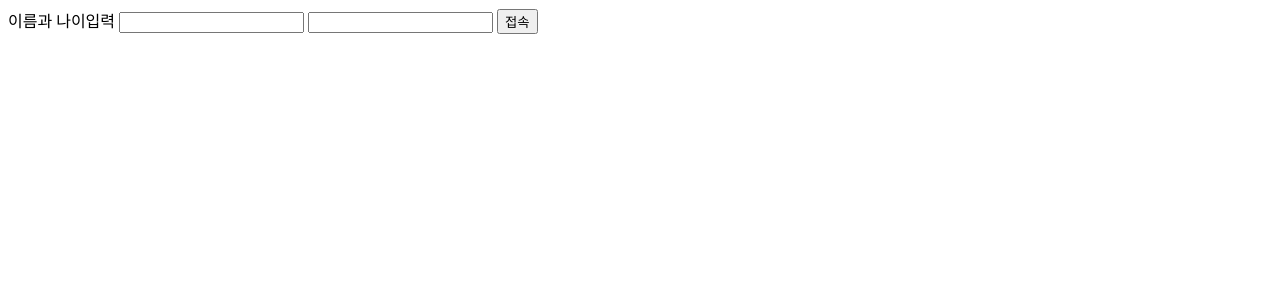
Repository: jijibaebaeeee/jsp-study
Page: http://localhost/day02_task/
An editor plug-in stored every save of this project. The page is shown before and after a run of saves, followed by the edit.
The browser window is 1280 px wide. The pictures show the whole page.
The page is served by Tomcat 9. Nobody is signed in. The application's start-up code is not run.

Above is the page before, as saved 2025-01-13 08:24:32.

After the next 2 saves:
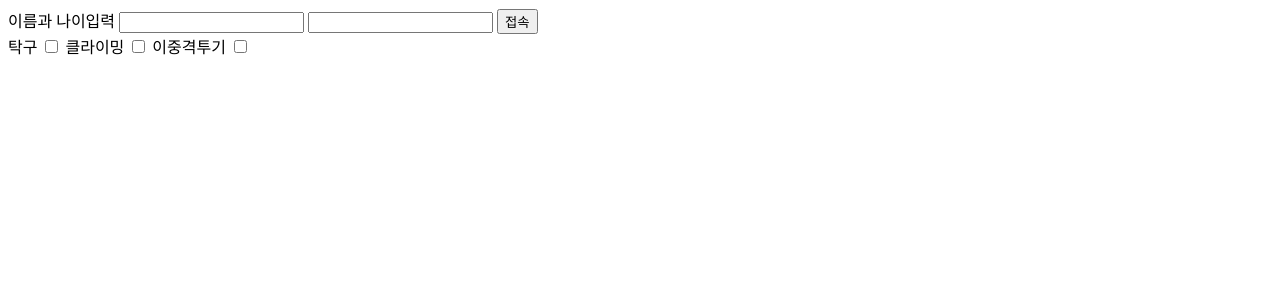
The 2 saves are shown as one change because they came seconds apart.
The last was saved 3 min 55 s later.
--- a/workspace/day02_task/src/main/webapp/index.jsp
+++ b/workspace/day02_task/src/main/webapp/index.jsp
@@ -16,5 +16,20 @@
 		<button type="submit">접속</button>
 	</form>
 
+	<!-- 5번 문제 -->
+
+
+	<!-- 6번 문제 -->
+	<form action="resultServlet2" method="post">
+		<label for="hobby1">탁구</label>
+		<input type="checkbox" id="hobby1" name="checked">
+		<label for="hobby2">클라이밍</label>
+		<input type="checkbox" id="hobby2" name="checked">
+		<label for="hobby3">이중격투기</label>
+		<input type="checkbox" id="hobby3" name="checked">
+
+	</form>
+
+
 </body>
 </html>
